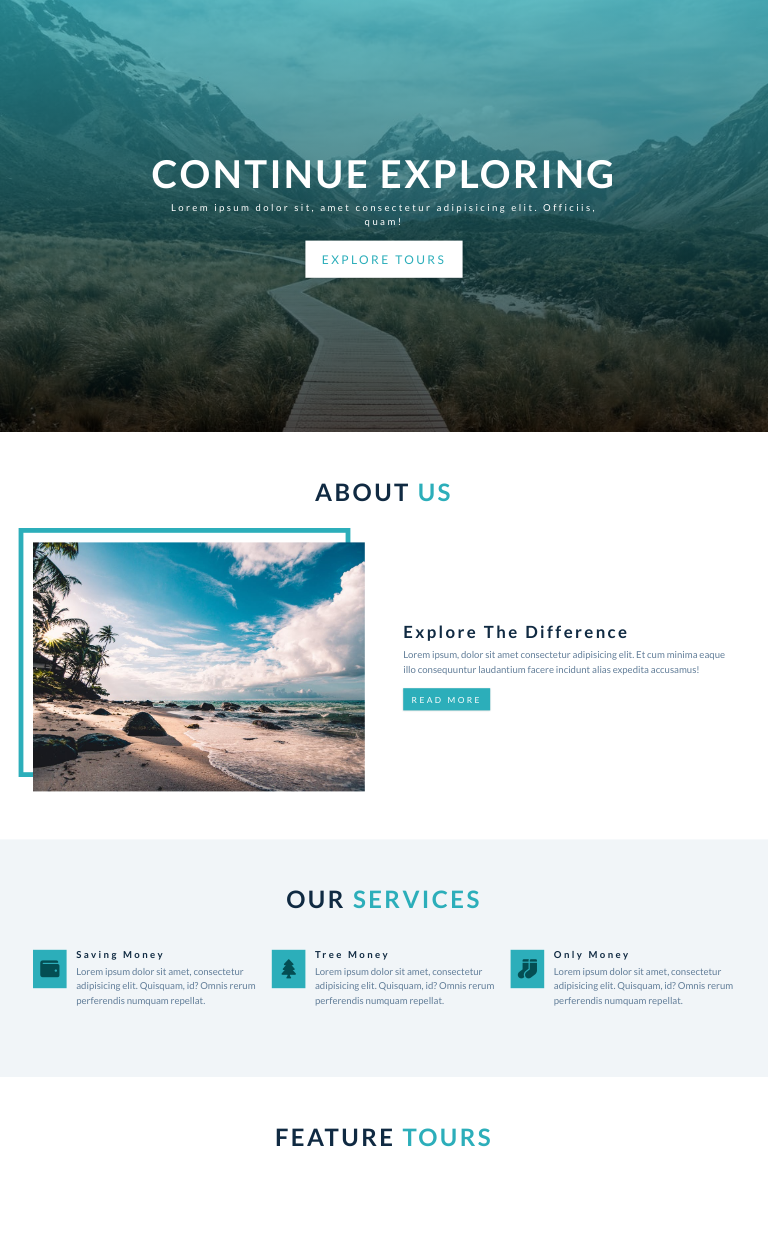
Repository: Ndifoinhilary/flexbox-project
Page: index.html
An editor plug-in stored every save of this project. The page is shown before and after the next save, followed by the edit.
The browser window is 1280 px wide. The pictures show the whole page, at 60% of full size.

Above is the page before, as saved 2024-01-21 15:42:17.

After the next save:
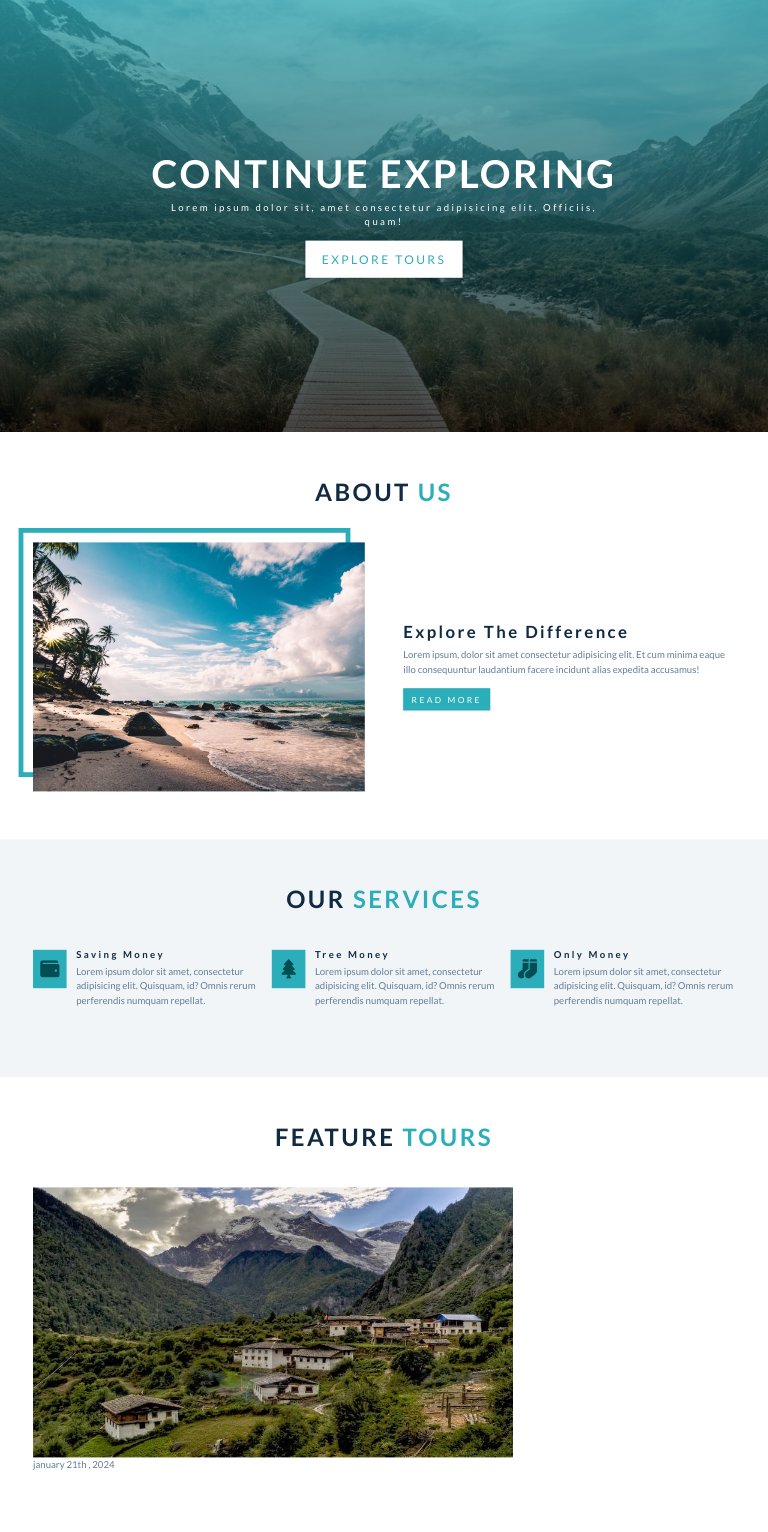
Saved 7 min 32 s later.
--- a/index.html
+++ b/index.html
@@ -100,6 +100,15 @@
   <div class="section-title">
     <h2>feature <span>tours</span></h2>
   </div>
+  <!-- featured center -->
+ <div class="section-center featured-center">
+  <article class="tour-card">
+    <div class="tour-img-container">
+      <img src="./images/tour-1.jpeg"    alt="tour around" class="tour-mg">
+      <p class="tour-date">january 21th , 2024</p>
+    </div>
+  </article>
+ </div>
 </section>
 
 <!-- end   feartueres tours -->
